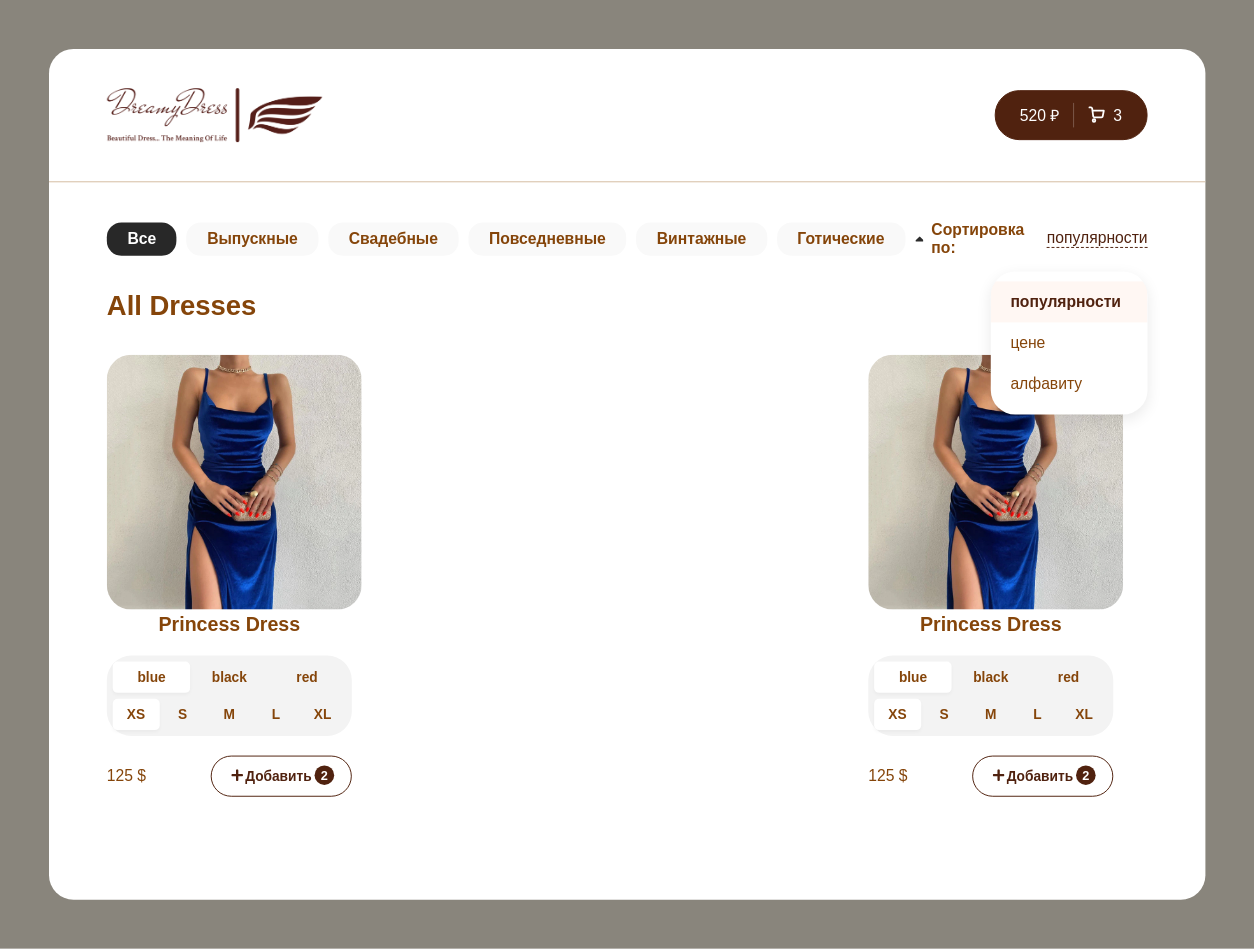
Repository: DisasterWoman/SPA-shop
Page: /
The author's editor kept a copy of each file at every save. The page is drawn from the files as they stood at one save, then again after the next save.
The browser window is 1280 px wide. The pictures show the whole page, at 98% of full size.
Some web fonts or font styles are not loaded; a fallback is used. The project was rebuilt for these pictures with package versions that can differ from the ones it lists, and the page was loaded fresh each time.

Above is the page before, as saved 2022-11-28 20:13:05.

### src/App.js
import './scss/app.scss';
import Categories from './components/Categories/Categories';
import DressBlock from './components/DressBlock/DressBlock';
import Header from './components/Header/Header';
import Sort from './components/Sort/Sort';

function App() {
  return (
    <div className="wrapper">
      <Header />
      <div className="content">
        <div className="container">
          <div className="content__top">
            <Categories />
            <Sort />
          </div>
          <h2 className="content__title">All Dresses</h2>
          <div className="content__items">
            <DressBlock />
            <DressBlock />
          </div>
        </div>
      </div>
    </div>
  );
}

export default App;

### src/scss/app.scss
@import 'variables.scss';
@import './libs/normalize.scss';
@import './all';

body {
  background-color: $background;
}

.wrapper {
  width: calc(100vw - 100px);
  height: 100%;
  background-color: #fff;
  margin: 50px auto;
  border-radius: 25px;
  max-width: 1400px;
}

.content {
  padding: 40px 0;

  &__title {
    margin: 35px 0;
  }

  &__items {
    display: flex;
    flex-wrap: wrap;
    justify-content: space-between;
  }

  &__top {
    display: flex;
    align-items: center;
    justify-content: space-between;
  }
}

.container {
  width: $container-width;
  margin: 0 auto;

  &--cart {
    max-width: 820px;
    margin: 90px auto;
    .content__title {
      margin: 0;
    }
  }
}

.cart {
  &__top {
    display: flex;
    justify-content: space-between;
    align-items: center;
  }

  .content__title {
    display: flex;
    align-items: center;
    font-size: 32px;

    svg {
      position: relative;
      top: -2px;
      width: 30px;
      height: 30px;
      margin-right: 10px;
      path {
        stroke: $black;
        strokewidth: 1.9;
      }
    }
  }

  &__clear {
    display: flex;
    align-items: center;
    cursor: pointer;
    @include noselect();

    span {
      display: inline-block;
      margin-left: 7px;
      color: #b6b6b6;
      font-size: 18px;
    }

    span,
    svg,
    path {
      transition: all $duration ease-in-out;
    }

    &:hover {
      svg {
        path {
          stroke: darken($color: #b6b6b6, $amount: 50);
        }
      }
      span {
        color: darken($color: #b6b6b6, $amount: 50);
      }
    }
  }

  &__item {
    display: flex;
    width: 100%;
    border-top: 1px solid $gray-line;
    padding-top: 30px;
    margin-top: 30px;

    &-img {
      display: flex;
      align-items: center;
      margin-right: 15px;
      width: 10%;

      img {
        width: 80px;
        height: 80px;
      }
    }

    &-info {
      display: flex;
      flex-direction: column;
      justify-content: center;
      width: 40%;

      h3 {
        font-weight: bold;
        font-size: 22px;
        line-height: 27px;
        letter-spacing: 0.01em;
      }

      p {
        font-size: 18px;
        color: #8d8d8d;
      }
    }

    &-count {
      display: flex;
      align-items: center;
      justify-content: space-between;
      width: 13%;

      &-minus {
        svg {
          path:first-of-type {
            display: none;
          }
        }
      }

      b {
        font-size: 22px;
      }
    }

    &-price {
      display: flex;
      align-items: center;
      justify-content: center;
      width: 33%;

      b {
        font-weight: bold;
        font-size: 22px;
        letter-spacing: 0.01em;
      }
    }

    &-remove {
      display: flex;
      align-items: center;
      justify-content: flex-end;
      width: 4%;

      .button {
        border-color: darken($color: $gray-line, $amount: 10);
      }

      svg {
        transform: rotate(45deg);

        path {
          fill: darken($color: $gray-line, $amount: 15);
        }
      }

      .button {
        svg {
          width: 11.5px;
          height: 11.5px;
          position: relative;
        }
        &:hover,
        &:active {
          border-color: darken($color: $gray-line, $amount: 80);
          background-color: darken($color: $gray-line, $amount: 80);
        }
      }
    }
  }

  &__bottom {
    margin: 50px 0;

    &-details {
      display: flex;
      justify-content: space-between;

      span {
        font-size: 22px;

        &:last-of-type {
          b {
            color: $brown;
          }
        }
      }
    }

    &-buttons {
      display: flex;
      justify-content: space-between;
      margin-top: 40px;

      .go-back-btn {
        display: flex;
        align-items: center;
        justify-content: center;
        width: 210px;

        border-color: darken($color: $gray-line, $amount: 10);

        span {
          color: darken($color: $gray-line, $amount: 20);
          font-weight: 500;
          font-weight: 600;
        }

        &:hover {
          background-color: darken($color: $gray-line, $amount: 90);
          border-color: darken($color: $gray-line, $amount: 90);

          span {
            color: $gray-line;
          }
        }

        svg {
          margin-right: 12px;
          path {
            fill: transparent;
            strokewidth: 2;
          }
        }
      }

      .pay-btn {
        font-size: 16px;
        font-weight: 600;
        width: 210px;
        padding: 16px;
      }
    }
  }

  &--empty {
    margin: 0 auto;
    width: 560px;
    text-align: center;

    h2 {
      font-size: 32px;
      margin-bottom: 10px;
    }

    p {
      font-size: 18px;
      line-height: 145.4%;
      letter-spacing: 0.01em;
      color: #777777;
    }

    icon {
      position: relative;
      top: 2px;
    }

    img {
      display: block;
      width: 300px;
      margin: 45px auto 60px;
    }

    .button--black {
      padding: 12px 0 14px;
      width: 230px;
      margin: 0 auto;
      font-weight: 600;
      font-size: 18px;
    }
  }
}

### src/components/Categories/Categories.jsx
import React from 'react';

function Categories() {
  return (
    <div className="categories">
      <ul>
        <li className="active">Все</li>
        <li>Выпускные</li>
        <li>Свадебные</li>
        <li>Повседневные</li>
        <li>Винтажные</li>
        <li>Готические</li>
      </ul>
    </div>
  );
}

export default Categories;

### src/components/DressBlock/DressBlock.jsx
import React from 'react';
import './_dress-block.scss';
function DressBlock() {
  return (
    <div className="dress-block">
      <img className="dress-block__image" src="/images/dresses/dress0-blue.webp" alt="Dress" />
      <h4 className="dress-block__title">Princess Dress</h4>
      <div className="dress-block__selector">
        <ul>
          <li className="active">blue</li>
          <li>black</li>
          <li>red</li>
        </ul>
        <ul>
          <li className="active">XS</li>
          <li>S</li>
          <li>M</li>
          <li>L</li>
          <li>XL</li>
        </ul>
      </div>
      <div className="dress-block__bottom">
        <div className="dress-blockk__price">125 $</div>
        <div className="button button--outline button--add">
          <svg
            width="12"
            height="12"
            viewBox="0 0 12 12"
            fill="none"
            xmlns="http://www.w3.org/2000/svg"
          >
            <path
              d="M10.8 4.8H7.2V1.2C7.2 0.5373 6.6627 0 6 0C5.3373 0 4.8 0.5373 4.8 1.2V4.8H1.2C0.5373 4.8 0 5.3373 0 6C0 6.6627 0.5373 7.2 1.2 7.2H4.8V10.8C4.8 11.4627 5.3373 12 6 12C6.6627 12 7.2 11.4627 7.2 10.8V7.2H10.8C11.4627 7.2 12 6.6627 12 6C12 5.3373 11.4627 4.8 10.8 4.8Z"
              fill="white"
            />
          </svg>
          <span>Добавить</span>
          <i>2</i>
        </div>
      </div>
    </div>
  );
}

export default DressBlock;

### src/components/Header/Header.jsx
import React from 'react';
import './_header.scss';
function Header() {
  return (
    <div className="header">
      <div className="container">
        <div className="header__logo">
          <img width="220" src="/dreamy-dress.png" alt="logo" />
          <div></div>
        </div>
        <div className="header__cart">
          <a href="/cart.html" className="button button--cart">
            <span>520 ₽</span>
            <div className="button__delimiter"></div>
            <svg
              width="18"
              height="18"
              viewBox="0 0 18 18"
              fill="none"
              xmlns="http://www.w3.org/2000/svg"
            >
              <path
                d="M6.33333 16.3333C7.06971 16.3333 7.66667 15.7364 7.66667 15C7.66667 14.2636 7.06971 13.6667 6.33333 13.6667C5.59695 13.6667 5 14.2636 5 15C5 15.7364 5.59695 16.3333 6.33333 16.3333Z"
                stroke="white"
                strokeWidth="1.8"
                strokeLinecap="round"
                strokeLinejoin="round"
              />
              <path stroke="white" strokeWidth="1.8" strokeLinecap="round" strokeLinejoin="round" />
              <path
                d="M4.78002 4.99999H16.3334L15.2134 10.5933C15.1524 10.9003 14.9854 11.176 14.7417 11.3722C14.4979 11.5684 14.1929 11.6727 13.88 11.6667H6.83335C6.50781 11.6694 6.1925 11.553 5.94689 11.3393C5.70128 11.1256 5.54233 10.8295 5.50002 10.5067L4.48669 2.82666C4.44466 2.50615 4.28764 2.21182 4.04482 1.99844C3.80201 1.78505 3.48994 1.66715 3.16669 1.66666H1.66669"
                stroke="white"
                strokeWidth="1.8"
                strokeLinecap="round"
                strokeLinejoin="round"
              />
            </svg>
            <span>3</span>
          </a>
        </div>
      </div>
    </div>
  );
}

export default Header;

### src/components/Sort/Sort.jsx
import React from 'react';
import './_sort.scss';

function Sort() {
  return (
    <div className="sort">
      <div className="sort__label">
        <svg
          width="10"
          height="6"
          viewBox="0 0 10 6"
          fill="none"
          xmlns="http://www.w3.org/2000/svg"
        >
          <path
            d="M10 5C10 5.16927 9.93815 5.31576 9.81445 5.43945C9.69075 5.56315 9.54427 5.625 9.375 5.625H0.625C0.455729 5.625 0.309245 5.56315 0.185547 5.43945C0.061849 5.31576 0 5.16927 0 5C0 4.83073 0.061849 4.68424 0.185547 4.56055L4.56055 0.185547C4.68424 0.061849 4.83073 0 5 0C5.16927 0 5.31576 0.061849 5.43945 0.185547L9.81445 4.56055C9.93815 4.68424 10 4.83073 10 5Z"
            fill="#2C2C2C"
          />
        </svg>
        <b>Сортировка по:</b>
        <span>популярности</span>
      </div>
      <div className="sort__popup">
        <ul>
          <li className="active">популярности</li>
          <li>цене</li>
          <li>алфавиту</li>
        </ul>
      </div>
    </div>
  );
}

export default Sort;

### src/scss/_variables.scss
$black: #85450a;
$background: #89857c;
$gray-line: #d5bda1;
$brown: #50220f;

$container-width: 90%;

$duration: 0.15s;

### src/scss/libs/_normalize.scss
@import url('https://fonts.googleapis.com/css2?family=Anek+Devanagari&display=swap');

*{
  padding: 0;
  margin: 0;
  list-style: none;
  outline: none;
  font-family: 'Anek Devanagari', sans-serif;
  box-sizing: border-box;
}

html {
  -ms-text-size-adjust: 100%;
  -webkit-text-size-adjust: 100%;
}

body {
  -moz-osx-font-smoothing: grayscale;
  -webkit-font-smoothing: antialiased;
  color: $black;
}

a,
span,
p,
b,
h1,
h2,
h3,
h4,
h5 {
  color: $black;
}

h1 {
  font-size: 48px;
}

h2 {
  font-weight: 600;
  font-size: 28px;
  line-height: 30px;
}

a {
  text-decoration: none;
}

@mixin noselect {
  -webkit-touch-callout: none; /* iOS Safari */
  -webkit-user-select: none; /* Safari */
  -khtml-user-select: none; /* Konqueror HTML */
  -moz-user-select: none; /* Old versions of Firefox */
  -ms-user-select: none; /* Internet Explorer/Edge */
  user-select: none; /* Non-prefixed version, currently
                                  supported by Chrome, Opera and Firefox */
}

### src/scss/_all.scss
@import '../components/Header/Header';
@import '../components/Button/button';
@import '../components/Categories/Categories';
@import '../components/Sort/Sort';
@import '../components/DressBlock/dress-block';

### src/components/Header/_header.scss
@import '../../../src/scss/variables';

.header {
  border-bottom: 1px solid $gray-line;
  padding: 40px 0;

  .container {
    display: flex;
    align-items: center;
    justify-content: space-between;
  }

  &__logo {
    display: flex;

    img {
      margin-right: 15px;
    }

    h1 {
      color: #181818;
      font-size: 24px;
      letter-spacing: 1%;
      text-transform: uppercase;
      font-weight: 800;
    }

    p {
      color: #7b7b7b;
    }
  }
}

### src/components/Button/_button.scss
@import '../../../src/scss/variables';

.button {
  display: inline-block;
  background-color: $brown;
  border-radius: 25px;
  padding: 10px 20px;
  min-width: 100px;
  text-align: center;
  cursor: pointer;
  transition: background-color $duration ease-in-out, border-color $duration ease-in-out;
  border: 1px solid transparent;

  &,
  span {
    color: #fff;
  }

  i,
  span,
  path,
  svg {
    transition: all $duration ease-in-out;
  }

  &:hover {
    background-color: darken($brown, 8%);
  }

  &:active {
    background-color: darken($brown, 12%);
    transform: translateY(1px);
  }

  &--circle {
    display: flex;
    align-items: center;
    justify-content: center;
    width: 30px;
    height: 30px;
    min-width: 30px;
    padding: 0;
    border-width: 2px;
  }

  &--black {
    background-color: $black;

    &:hover,
    &:active {
      background-color: lighten($color: $black, $amount: 10);
    }
  }

  &--outline {
    background-color: #fff;
    border-color: $brown;
    &,
    span {
      color: $brown;
    }

    svg {
      path {
        fill: $brown;
      }
    }

    &:hover {
      background-color: $brown;

      &,
      span {
        color: #fff;
      }

      svg {
        path {
          fill: #fff;
        }
      }
    }

    &:active {
      background-color: darken($brown, 8%);
    }
  }

  &__delimiter {
    width: 1px;
    height: 25px;
    background-color: rgba(255, 255, 255, 0.25);
    margin-left: 14px;
    margin-right: 14px;
  }

  &--add {
    svg {
      margin-right: 2px;
    }

    span {
      font-weight: 600;
      font-size: 14px;
    }

    &:hover {
      i {
        background-color: #fff;
        color: $brown;
      }
    }

    i {
      display: inline-block;
      border-radius: 30px;
      background-color: $brown;
      color: #fff;
      font-weight: 600;
      width: 20px;
      height: 20px;
      font-style: normal;
      font-size: 13px;
      line-height: 22px;
      position: relative;
      top: -1px;
      left: 3px;
    }
  }

  &--cart {
    display: flex;
    align-items: center;
    line-height: 23px;
    padding: 12px 25px;
    border-color: $brown;

    svg {
      margin-right: 8px;
      margin-bottom: 1px;
    }

    span {
      font-weight: 500;
      font-size: 16px;
    }
  }
}

### src/components/Categories/_categories.scss
@import '../../../src/scss/variables';

.categories {
  ul {
    display: flex;

    li {
      background-color: #f9f9f9;
      padding: 8px 21px;
      border-radius: 15px;
      margin-right: 10px;
      font-weight: bold;
      cursor: pointer;
      transition: background-color 0.1s ease-in-out;
      @include noselect();

      &:hover {
        background-color: darken(#f9f9f9, 2%);
      }

      &:active {
        background-color: darken(#f9f9f9, 5%);
      }

      &.active {
        background-color: #282828;
        color: #fff;
      }
    }
  }
}

### src/components/Sort/_sort.scss
@import '../../../src/scss/variables';

.sort {
  position: relative;
  &__label {
    display: flex;
    align-items: center;

    svg {
      margin-right: 8px;
    }

    b {
      margin-right: 8px;
    }

    span {
      color: $brown;
      border-bottom: 1px dashed $brown;
      cursor: pointer;
    }
  }

  &__popup {
    position: absolute;
    right: 0;
    margin-top: 15px;
    background: #ffffff;
    box-shadow: 0px 5px 15px rgba(0, 0, 0, 0.09);
    border-radius: 25px;
    overflow: hidden;
    padding: 10px 0;
    width: 160px;

    ul {
      overflow: hidden;
      li {
        padding: 12px 20px;
        cursor: pointer;

        &.active,
        &:hover {
          background: rgba(254, 95, 30, 0.05);
        }

        &.active {
          font-weight: bold;
          color: $brown;
        }
      }
    }
  }
}

### src/components/DressBlock/_dress-block.scss
@import '../../../src/scss/variables';

.dress-block {
  width: 250px;
  text-align: center;
  margin-bottom: 65px;

  &:not(:nth-of-type(4n)) {
    margin-right: 35px;
  }

  &__image {
    border-radius: 25px;
    width: 260px;
  }

  &__title {
    font-size: 20px;
    font-weight: 900;
    letter-spacing: 1%;
    margin-bottom: 20px;
  }

  &__selector {
    display: flex;
    background-color: #f3f3f3;
    border-radius: 25px;
    flex-direction: column;
    padding: 6px;

    ul {
      display: flex;
      flex: 1;

      &:first-of-type {
        margin-bottom: 6px;
      }

      li {
        padding: 8px;
        flex: 1;
        cursor: pointer;
        font-weight: 600;
        font-size: 14px;
        &.active {
          background: #ffffff;
          box-shadow: 0px 2px 4px rgba(0, 0, 0, 0.04);
          border-radius: 5px;
          cursor: auto;
        }
      }
    }
  }

  &__bottom {
    display: flex;
    align-items: center;
    justify-content: space-between;
    margin-top: 20px;
  }

  &__price {
    font-weight: bold;
    font-size: 22px;
    line-height: 27px;
    letter-spacing: 0.015em;
  }
}

Loaded but not shown: public/index.html (common file); src/index.js (common file)

After the next save:
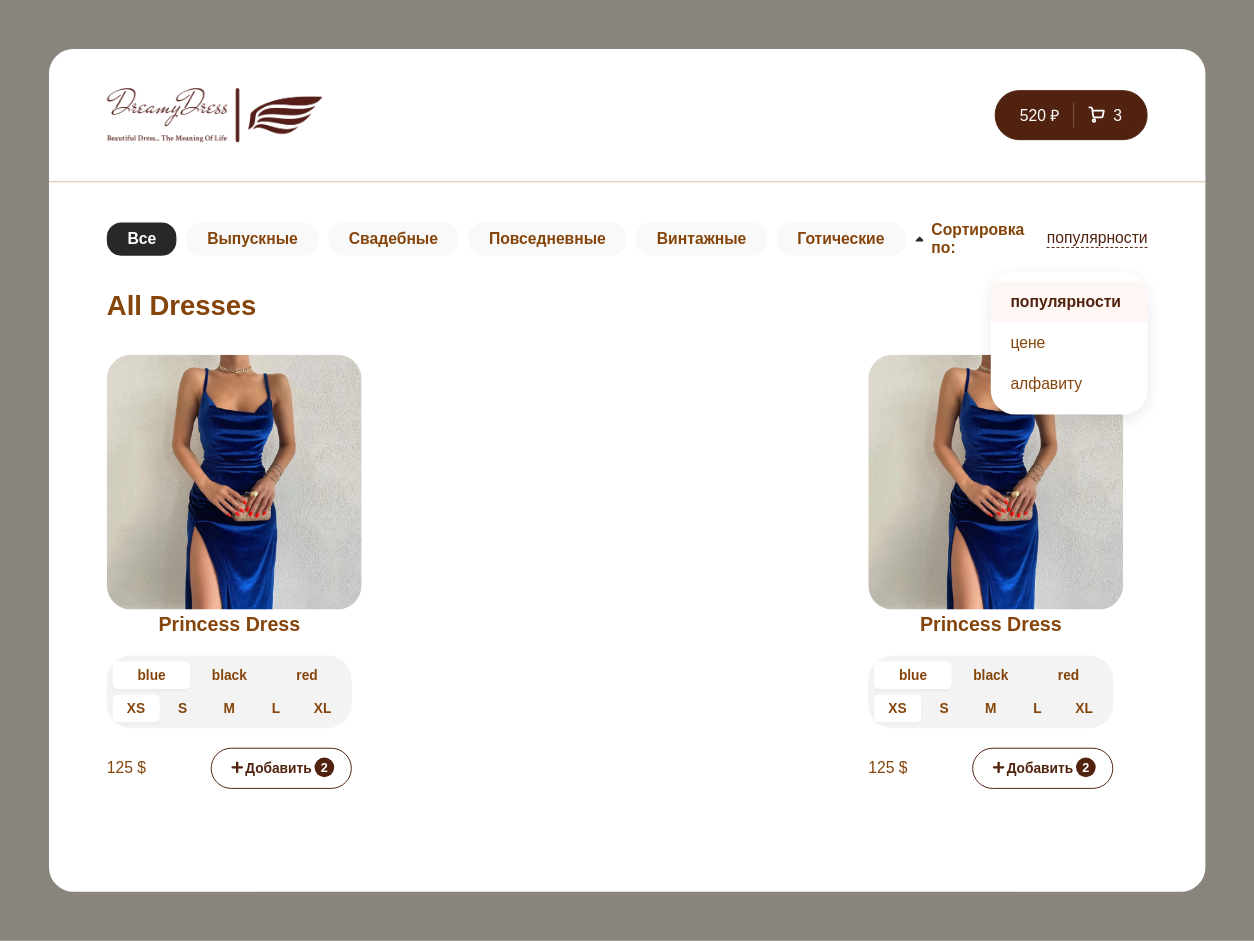
Saved 13 s later.
--- a/src/components/DressBlock/_dress-block.scss
+++ b/src/components/DressBlock/_dress-block.scss
@@ -37,7 +37,7 @@
       }
 
       li {
-        padding: 8px;
+        padding: 6px;
         flex: 1;
         cursor: pointer;
         font-weight: 600;

After the save that followed:
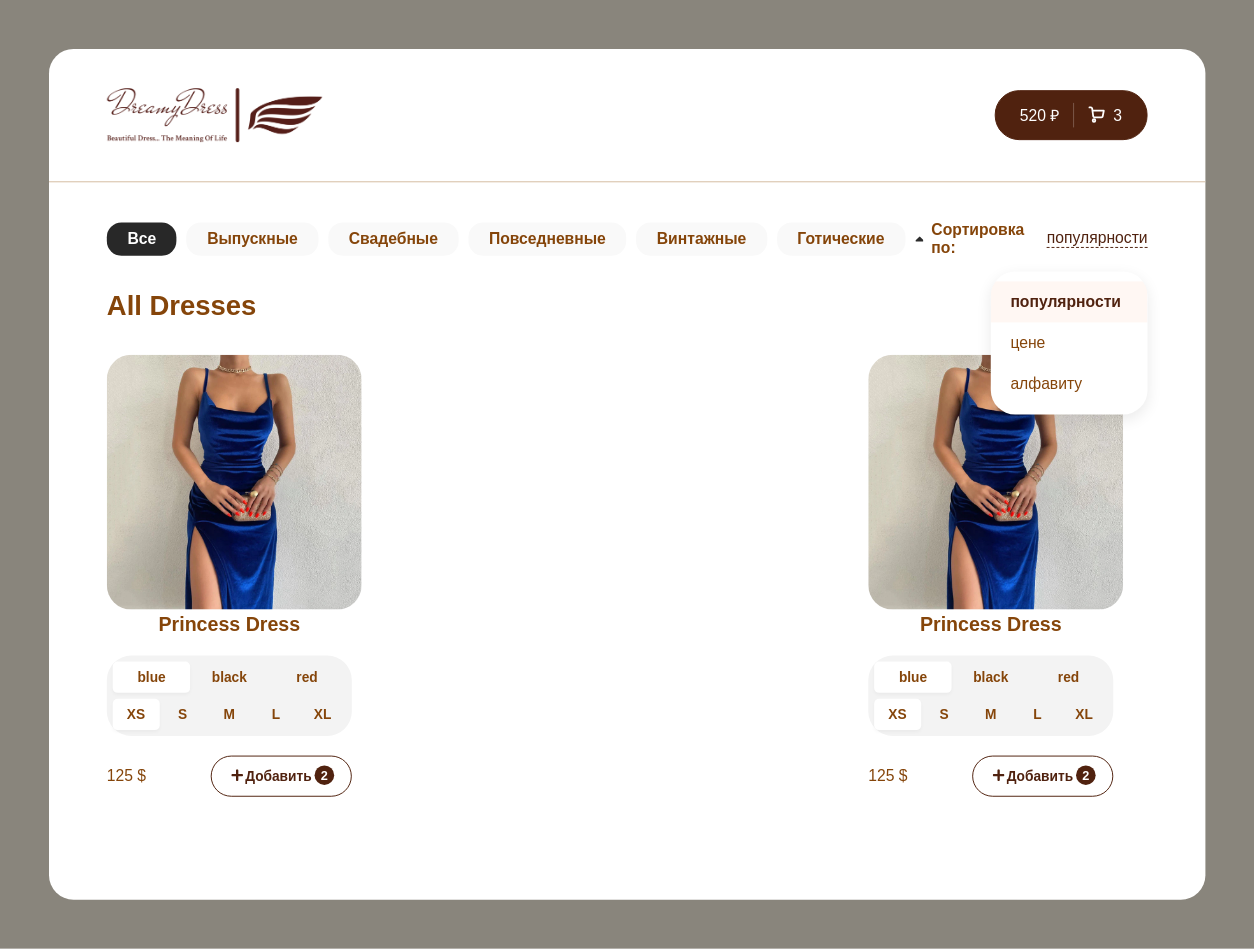
Saved 8 s later.
--- a/src/components/DressBlock/_dress-block.scss
+++ b/src/components/DressBlock/_dress-block.scss
@@ -37,7 +37,7 @@
       }
 
       li {
-        padding: 6px;
+        padding: 8px;
         flex: 1;
         cursor: pointer;
         font-weight: 600;
